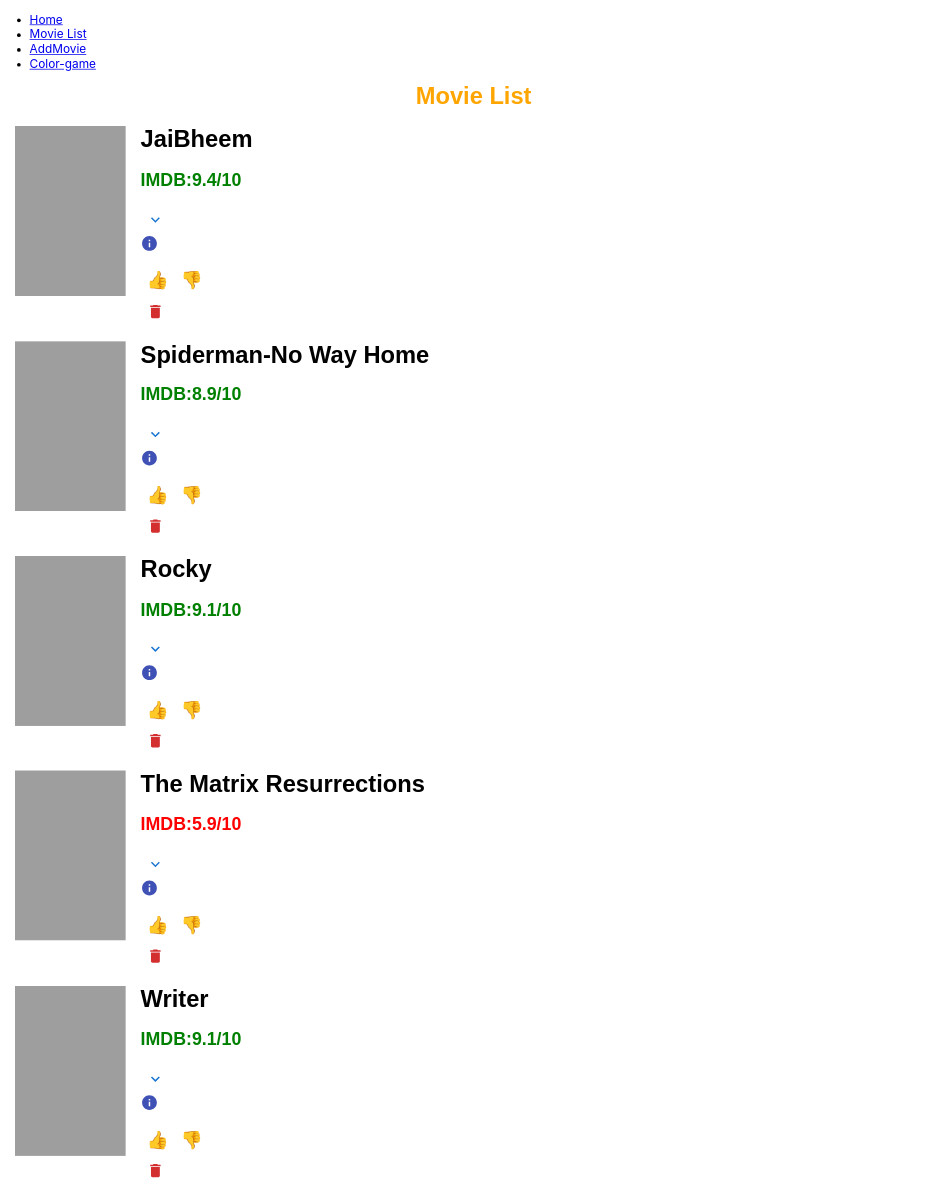
Repository: baladhinesh18/first-app
Page: /Counter
The author's editor kept a copy of each file at every save. The page is drawn from the files as they stood at one save, then again after the next save.
The browser window is 1280 px wide. The pictures show the whole page, at 74% of full size.
Pictures or frames that could not be fetched are drawn as grey boxes. The project was rebuilt for these pictures with package versions that can differ from the ones it lists, and the page was loaded fresh each time. Also part of the build but not shown: src/AddMovie.js, src/AddColor.js, src/Error.js.

Above is the page before, as saved 2022-02-04 16:13:41.

### public/index.html
<!DOCTYPE html>
<html lang="en">
  <head>
    <meta charset="utf-8" />
    <!-- <link rel="icon" href="%PUBLIC_URL%/favicon.ico" /> -->
    <meta name="viewport" content="width=device-width, initial-scale=1" />
    <meta name="theme-color" content="#000000" />
    <meta
      name="description"
      content="Web site created using create-react-app"
    />
    <!-- <link rel="apple-touch-icon" href="%PUBLIC_URL%/logo192.png" /> -->
    <!--
      manifest.json provides metadata used when your web app is installed on a
      user's mobile device or desktop. See https://developers.google.com/web/fundamentals/web-app-manifest/
    -->
    <!-- <link rel="manifest" href="%PUBLIC_URL%/manifest.json" /> -->
    <!--
      Notice the use of %PUBLIC_URL% in the tags above.
      It will be replaced with the URL of the `public` folder during the build.
      Only files inside the `public` folder can be referenced from the HTML.

      Unlike "/favicon.ico" or "favicon.ico", "%PUBLIC_URL%/favicon.ico" will
      work correctly both with client-side routing and a non-root public URL.
      Learn how to configure a non-root public URL by running `npm run build`.
    -->
    <link
  rel="stylesheet"
  href="https://fonts.googleapis.com/css?family=Roboto:300,400,500,700&display=swap"
/>
<link
  rel="stylesheet"
  href="https://fonts.googleapis.com/icon?family=Material+Icons"
/>
    <title>New Movies</title>
  </head>
  <body>
    <noscript>You need to enable JavaScript to run this app.</noscript>
    <div id="root"></div>
    <!--
      This HTML file is a template.
      If you open it directly in the browser, you will see an empty page.

      You can add webfonts, meta tags, or analytics to this file.
      The build step will place the bundled scripts into the <body> tag.

      To begin the development, run `npm start` or `yarn start`.
      To create a production bundle, use `npm run build` or `yarn build`.
    -->
  </body>
</html>

### src/index.js
import React from 'react';
import ReactDOM from 'react-dom';
import './index.css';
import App from './App';
import reportWebVitals from './reportWebVitals';
import {
  BrowserRouter as Router,
} from "react-router-dom";

ReactDOM.render(
  <React.StrictMode>
  <Router>
    <App />
    </Router>
  </React.StrictMode>,
  document.getElementById('root')
);

// If you want to start measuring performance in your app, pass a function
// to log results (for example: reportWebVitals(console.log))
// or send to an analytics endpoint. Learn more: https://bit.ly/CRA-vitals
reportWebVitals();

### src/App.js

import './App.css';
import {useState} from "react";
import IconButton from '@mui/material/IconButton';
import ExpandLessIcon from '@mui/icons-material/ExpandLess';
import ExpandMoreIcon from '@mui/icons-material/ExpandMore';
// import AddColor from './AddColor.js';
import { App } from './App.1';
import InfoIcon from '@material-ui/icons/Info';


// import {
//   Switch, Route
// } from "react-router-dom";
import { Counter } from './Counter';

export function Starting({ nme, ur,rat,des,del}) {
const styles={color: rat>=8.5? "green":"red"};
const[isHide,setIsHide]=useState(false);

  return (

    <div>

    <div className="ro">
     <img src={ur} className="mg" alt={nme} />
      <div className="col">
      <h1> {nme}</h1>
      <h2 style={styles}>IMDB:{rat}/10</h2>
      { isHide?<h3>description:<a href={des}>{des}</a></h3>:null}
      {/* <h3>description:<a href={des}>{des}</a></h3> */}
      <div>
    <IconButton onClick={()=>setIsHide(!isHide)} color="primary"> {isHide ? <ExpandLessIcon/> : <ExpandMoreIcon/>}</IconButton>
    </div>
    <InfoIcon color="primary"></InfoIcon>
    <Counter/>
    {del}
      </div>
    </div>
    </div>


  );
}


export default App;

### src/App.css
.App {
  font-family: sans-serif;
  text-align: center;
}
.mg {
  height: 230px;
  width: 150px;
  object-fit: center;
}
.ro{
display: flex;
flex-direction: row;
margin-left: 20px;
margin-bottom: 20px;
}
.col{
  display:flex;
  flex-direction: column;
  align-items: flex-start;
margin-left: 20px;
}
.lor{
color:orange;
margin-top: 1rem;
}
h1,h2,h3{
  margin-top: 0px;
  gap: 1rem;
}
button{
  margin-bottom: 1rem;
}
.vacls{
margin-top: 1rem;
margin-right: 1rem;
}
.btn{
  display: flex;
  flex-direction: column;
  justify-content: center;
  align-items: center;
 }
 .bncs{
   margin-top:5rem;
 }
 .cent{
   margin-top: 0;
   margin-left:25rem;
 }
  .img1{
height:25rem;
 }

### src/App.1.js
import { useState } from "react";
import { AddMovie } from "./AddMovie";
import { Starting } from './App';
import {
    Switch, Route,Link
  } from "react-router-dom";
  import { AddColor } from './AddColor';
  import { Error } from './Error';
  import IconButton from '@mui/material/IconButton';
import DeleteIcon from '@mui/icons-material/Delete';

// const[add,setAdd] =useState([]);
export function App() {
  let users = [
    {
      name: "JaiBheem",
      url: "https://encrypted-tbn3.gstatic.com/images?q=tbn:ANd9GcQm8U_-RJoMKrgvpIVLbDV8ovuHIp-p_Ls5I7WHaXJUUCbhjQVd",
      rating: "9.4",
      summary: "https://en.wikipedia.org/wiki/Jai_Bhim_(film)"
    },
    {
      name: "Spiderman-No Way Home",
      url: "https://www.thehindubusinessline.com/news/variety/4sw3ar/article37984362.ece/ALTERNATES/PORTRAIT_355/Spider-Man---No-Way-Home-Poster-Pic-Credit---Marvel",
      rating: "8.9",
      summary: "https://en.wikipedia.org/wiki/Spider-Man:_No_Way_Home"
    },
    {
      name: "Rocky",
      url: "https://static.toiimg.com/thumb/msid-88435003,width-219,height-317,imgsize-16192/88435003.jpg",
      rating: "9.1",
      summary: "https://timesofindia.indiatimes.com/entertainment/tamil/movie-reviews/rocky/movie-review/88455427.cms"
    },
    {
      name: " The Matrix Resurrections",
      url: "https://encrypted-tbn0.gstatic.com/images?q=tbn:ANd9GcQHjE4eApjpFWlpAdiC_aFG2FkfvimiGW0TK4mB-hc_T4Uitj9J",
      rating: "5.9",
      summary: "https://en.wikipedia.org/wiki/The_Matrix_Resurrections"
    },
    {
      name: "Writer",
      url: "https://static.moviecrow.com/gallery/20210414/185058-Ey6W3Z2VoAMu4P2%20(1).jpg",
      rating: "9.1",
      summary: "https://en.wikipedia.org/wiki/Writer_(film)"
    }
  ];
  const [add, setAdd] = useState(users);

  return (
      <div>
    <ul>
    <li>
      <Link to="/">Home</Link>
    </li>
    <li>
      <Link to="/Counter">Movie List</Link>
    </li>
    <li>
      <Link to="/AddMovie">AddMovie</Link>
    </li>
    <li>
      <Link to="/AddColor">Color-game</Link>
    </li>
    </ul>

        <Switch>
    <Route exact path="/">
       welcome to movie app✨🎉🎉
       </Route>
      <Route path="/AddMovie">
      <AddMovie movieList={add} setmovieList={setAdd}/>
      </Route>

       <Route path="/Counter">

       <div className="App">
      <h1 className="lor">Movie List</h1>
      {add.map(({ name, url, rating, summary }, index) => (
        <Starting key={url} nme={name} ur={url} rat={rating} des={summary} del={
          <IconButton color="error" onClick={()=>{
          let copyArray=[...add];
          copyArray.splice(index,1);
          setAdd(copyArray);
           } }><DeleteIcon/></IconButton>
        }>
        </Starting>
      ))}
        </div>

       </Route>

       <Route path="/AddColor">
       <AddColor/>
       </Route>
       <Route path="**">
       <Error/>
       </Route>
       </Switch>
    </div>
  );
}

### src/Counter.js
import { useState } from "react";
import IconButton from '@mui/material/IconButton';
import Badge from '@mui/material/Badge';

export function Counter() {
  const [like, setLike] = useState(0);
  const [dislike, setDislike] = useState(0);
  // const marr={margin:'0 1rem 0 0 ',}
  return (
      <div>

    <div className="vacls">
      <IconButton onClick={() => setLike(like + 1)} color="primary"> <Badge badgeContent={like} color="primary">
        👍
      </Badge></IconButton>
      <IconButton onClick={() => setDislike(dislike + 1)} color="error"><Badge badgeContent={dislike} color="error">
        👎
      </Badge></IconButton>
      {/* <h1>{like}</h1> */}
    </div>

    </div>
  );
}

Loaded but not shown: src/index.css (common file); src/reportWebVitals.js (common file)

After the next save:
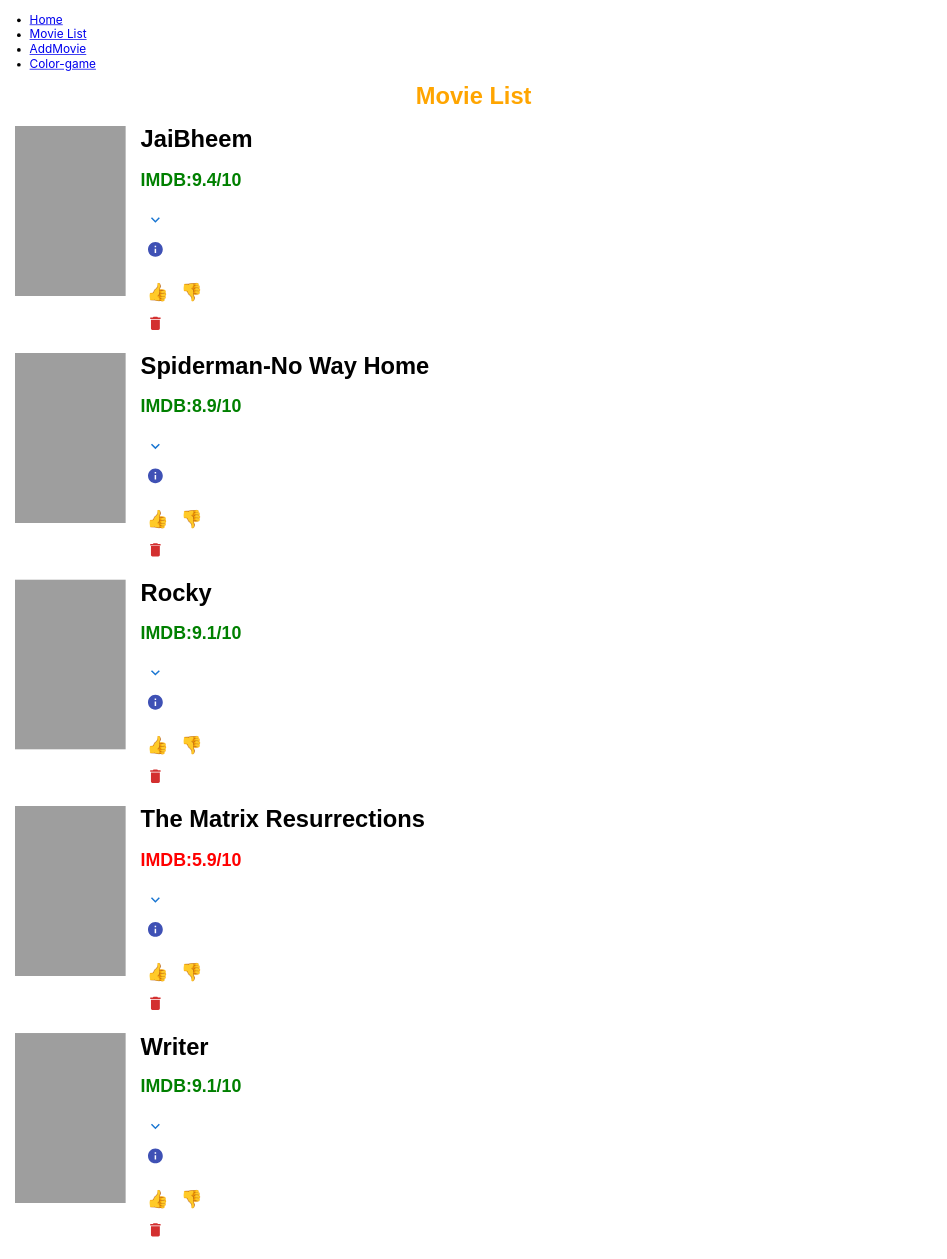
Saved 2 min 20 s later.
--- a/src/App.js
+++ b/src/App.js
@@ -32,7 +32,7 @@
       <div>
     <IconButton onClick={()=>setIsHide(!isHide)} color="primary"> {isHide ? <ExpandLessIcon/> : <ExpandMoreIcon/>}</IconButton>
     </div>
-    <InfoIcon color="primary"></InfoIcon>
+    <IconButton><InfoIcon color="primary"/></IconButton>
     <Counter/>
     {del}
       </div>
